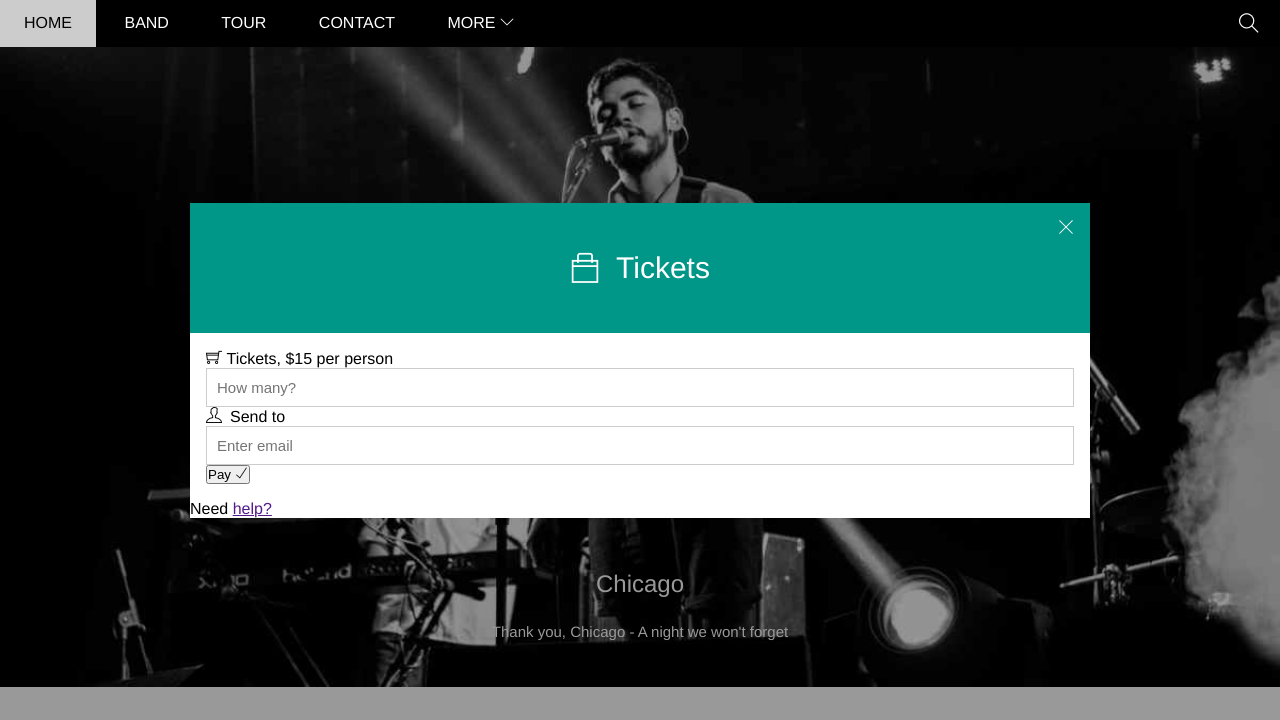
Repository: qhoa25623/The-Band
Page: index.html
These files come from the project's save history. The page is drawn as it stood at one moment and after a run of saves; the edit follows.
The browser window is 1280 px wide. The pictures show the window.
A layer covers the whole window, so only the first screen is drawn.

Above is the page before, as saved 2022-04-27 23:03:24.

### index.html
<!DOCTYPE html>
<html lang="en">
  <head>
    <meta charset="UTF-8" />
    <meta http-equiv="X-UA-Compatible" content="IE=edge" />
    <meta name="viewport" content="width=device-width, initial-scale=1.0" />
    <title>Document</title>
    <link rel="stylesheet" href="./assets/css/styles.css" />
    <link
      rel="stylesheet"
      href="./assets/fonts/themify-icons/themify-icons.css"
    />
  </head>
  <body>
    <div id="main">
      <div id="header">
        <ul id="nav">
          <li><a href="">Home</a></li>
          <li><a href="">Band</a></li>
          <li><a href="">Tour</a></li>
          <li><a href="">Contact</a></li>
          <li>
            <a href="">
              More
              <i class="nav-arrow-down ti-angle-down"></i>
            </a>
            <ul class="subnav">
              <li><a href="">Merchandise</a></li>
              <li><a href="">Extras</a></li>
              <li><a href="">Media</a></li>
            </ul>
          </li>
        </ul>
        <div class="search-btn">
          <i class="search-icon ti-search"></i>
        </div>
      </div>
      <div id="slider">
        <div class="text-content">
          <h2 class="text-heading">Chicago</h2>
          <div class="text-description">
            Thank you, Chicago - A night we won't forget
          </div>
        </div>
      </div>
      <div id="content">
        <!-- About section-->
        <div class="content-section">
          <h2 class="section-heading">THE BAND</h2>
          <p class="section-sub-heading">We love music</p>
          <p class="about-text">
            We have created a fictional band website. Lorem ipsum dolor sit
            amet, consectetur adipiscing elit, sed do eiusmod tempor incididunt
            ut labore et dolore magna aliqua. Ut enim ad minim veniam, quis
            nostrud exercitation ullamco laboris nisi ut aliquip ex ea commodo
            consequat. Duis aute irure dolor in reprehenderit in voluptate velit
            esse cillum dolore eu fugiat nulla pariatur. Excepteur sint occaecat
            cupidatat non proident, sunt in culpa qui officia deserunt mollit
            anim id est laborum consectetur adipiscing elit, sed do eiusmod
            tempor incididunt ut labore et dolore magna aliqua. Ut enim ad minim
            veniam, quis nostrud exercitation ullamco laboris nisi ut aliquip ex
            ea commodo consequat.
          </p>
          <div class="member-list">
            <div class="member-item">
              <p class="member-name">Name</p>
              <img
                src="./assets/img/band/member1.jpg"
                alt="Name"
                class="member-img"
              />
            </div>
            <div class="member-item">
              <p class="member-name">Name</p>
              <img
                src="./assets/img/band/member1.jpg"
                alt="Name"
                class="member-img"
              />
            </div>
            <div class="member-item">
              <p class="member-name">Name</p>
              <img
                src="./assets/img/band/member1.jpg"
                alt="Name"
                class="member-img"
              />
            </div>
            <div class="clear"></div>
          </div>
        </div>

        <!-- Tour section-->
        <div class="tour-section">
          <div class="content-section">
            <h2 class="section-heading text-white">TOUR DATES</h2>
            <p class="section-sub-heading text-white">
              Remember to book your tickets!
            </p>
            <ul class="tickets-list">
              <li>September <span class="sold-out">Sold out</span></li>
              <li>October <span class="sold-out">Sold out</span></li>
              <li>November <span class="quantity">3</span></li>
            </ul>
            <!-- Places-->
            <div class="places-list">
              <div class="place-item">
                <img
                  src="./assets/img/places/place1.jpg"
                  alt="New York"
                  class="place-img"
                />
                <div class="place-body">
                  <h3 class="place-heading">New York</h3>
                  <p class="place-time">Fri 27 Nov 2016</p>
                  <p class="place-desc">
                    Praesent tincidunt sed tellus ut rutrum sed vitae justo.
                  </p>
                  <a href="#" class="place-buy-btn">Buy Tickets</a>
                </div>
              </div>

              <div class="place-item">
                <img
                  src="./assets/img/places/place2.jpg"
                  alt="New York"
                  class="place-img"
                />
                <div class="place-body">
                  <h3 class="place-heading">Paris</h3>
                  <p class="place-time">Sat 28 Nov 2016</p>
                  <p class="place-desc">
                    Praesent tincidunt sed tellus ut rutrum sed vitae justo.
                  </p>
                  <a href="#" class="place-buy-btn">Buy Tickets</a>
                </div>
              </div>

              <div class="place-item">
                <img
                  src="./assets/img/places/place3.jpg"
                  alt="New York"
                  class="place-img"
                />
                <div class="place-body">
                  <h3 class="place-heading">San Francisco</h3>
                  <p class="place-time">Sun 29 Nov 2016</p>
                  <p class="place-desc">
                    Praesent tincidunt sed tellus ut rutrum sed vitae justo.
                  </p>
                  <a href="#" class="place-buy-btn">Buy Tickets</a>
                </div>
              </div>
              <div class="clear"></div>
            </div>
          </div>
        </div>

        <!-- Contact section-->
        <div class="content-section">
          <h2 class="section-heading">CONTACT</h2>
          <p class="section-sub-heading">Fan? Drop a note!</p>
        </div>
      </div>
      <div id="footer"></div>
    </div>
    <div class="modal">
      <div class="modal-container">
        <div class="modal-close">
          <i class="ti-close"></i>
        </div>
        <header class="modal-header">
          <i class="modal-heading-icon ti-bag"></i>
          Tickets
        </header>
        <div class="modal-body">
          <label for="" class="modal-label">
            <i class="ti-shopping-cart"></i>
            Tickets, $15 per person
          </label>
          <input type="text" class="modal-input" placeholder="How many?" />

          <label for="" class="modal-label">
            <i class="ti-user"> </i>
            Send to
          </label>
          <input type="text" class="modal-input" placeholder="Enter email" />

          <button id="buy-tickets">
            Pay
            <i class="ti-check"></i>
          </button>
        </div>
        <footer class="modal-footer">
          <p class="modal-help">Need <a href="">help?</a></p>
        </footer>
      </div>
    </div>
  </body>
</html>

### assets/css/styles.css
/* Reset CSS */
* {
  padding: 0;
  margin: 0;
  box-sizing: border-box;
}
html {
  font-family: Helvetica, Arial, sans-serif;
}
.clear {
  clear: both;
}
.text-white {
  color: #fff !important;
}
#main {
}
#header {
  position: fixed;
  top: 0;
  left: 0;
  right: 0;
  height: 46.5px;
  background-color: #000;
  z-index: 1;
}
#nav {
  display: inline-block;
}
#nav,
.subnav {
  list-style-type: none;
}
#nav > li {
  display: inline-block;
}
#nav li {
  position: relative;
}
#nav > li > a {
  color: #fff;
  text-transform: uppercase;
}
#nav li a {
  text-decoration: none;
  line-height: 46.5px;
  padding: 0 24px;
  display: block;
}
#nav li:hover .subnav {
  display: block;
}
#nav > li:hover > a,
#nav .subnav li:hover a {
  color: #000;
  background-color: #ccc;
}
#nav .subnav {
  min-width: 160px;
  top: 100%;
  left: 0;
  display: none;
  position: absolute;
  background-color: #fff;
  box-shadow: 0 0 10px rgba(0, 0, 0, 0.3);
}
#nav .subnav a {
  color: #000;
  padding: 0 16px;
  line-height: 38.5px;
}
#nav .nav-arrow-down {
  font-size: 14px;
}
#header .search-btn {
  float: right;
  padding: 0 21px;
}
#header .search-btn:hover {
  background-color: #f44336;
}
#header .search-icon {
  color: #fff;
  font-size: 20px;
  line-height: 46.5px;
}
#slider {
  position: relative;
  margin-top: 46.5px;
  padding-top: 50%;
  background: url("/assets/img/slider/slider1.jpg") top center / cover no-repeat;
}
#slider .text-content {
  position: absolute;
  bottom: 47px;
  color: #fff;
  left: 50%;
  transform: translateX(-50%);
  text-align: center;
}
#slider .text-heading {
  font-weight: 500;
  font-size: 24px;
}
#slider .text-description {
  font-size: 15px;
  margin-top: 25px;
}
#content {
}
#content .content-section {
  width: 800px;
  padding: 64px 0;
  margin-left: auto;
  margin-right: auto;
}
#content .section-heading {
  font-weight: 500;
  text-align: center;
  font-size: 30px;
  letter-spacing: 3px;
}
#content .section-sub-heading {
  text-align: center;
  font-size: 15px;
  margin-top: 25px;
  font-style: italic;
  opacity: 0.6;
}
#content .about-text {
  font-size: 15px;
  margin-top: 25px;
  text-align: justify;
  line-height: 1.4;
}
#content .member-list {
  margin-top: 47px;
}
#content .member-item {
  float: left;
  width: calc(100% / 3);
  text-align: center;
}
#content .member-name {
  font-size: 15px;
}
#content .member-img {
  margin-top: 15px;
  width: 154px;
  border-radius: 4px;
}

.tour-section {
  background: #000;
}
.tickets-list {
  background-color: #fff;
  list-style: none;
  margin-top: 40px;
}
.tickets-list li {
  color: rgb(117, 117, 117);
  font-size: 15px;
  padding: 11px 16px;
  border-bottom: 1px solid rgb(221, 221, 221);
}
.tickets-list .sold-out {
  color: #ffffff;
  background-color: #f44336;
  padding: 3px 4px;
  margin: 0 0 0 16px;
}
.tickets-list .quantity {
  float: right;
  width: 24px;
  height: 22.5px;
  background-color: #000;
  border-radius: 50%;
  text-align: center;
  color: #fff;
  line-height: 22.5px;
  margin-top: -3px;
}
.places-list {
  margin-top: 32px;
  margin-left: -8px;
  margin-right: -8px;
  padding-bottom: 48px;
}
.place-item {
  float: left;
  width: calc(100% / 3);
  padding: 0 8px;
}
.place-img {
  width: 100%;
  display: block;
}
.place-img:hover {
  opacity: 0.6;
}
.place-body {
  background-color: #fff;
  padding: 16px 16px;
  font-size: 15px;
}
.place-heading {
  font-size: 15px;
  font-weight: 550;
}
.place-time {
  margin-top: 15px;
  color: #757575;
}
.place-desc {
  margin-top: 15px;
  line-height: 1.4;
}
.place-buy-btn {
  color: #fff;
  background-color: #000;
  text-decoration: none;
  display: inline-block;
  margin-top: 15px;
  padding: 11px 16px;
}

.place-buy-btn:hover {
  color: #000;
  background-color: #ccc;
}
.modal {
  position: fixed;
  top: 0;
  right: 0;
  left: 0;
  bottom: 0;
  background: rgba(0, 0, 0, 0.4);
  display: flex;
  align-items: center;
  justify-content: center;
}
.modal-container {
  background: #fff;
  width: 900px;
  min-height: 200px;
  position: relative;
}

.modal-header {
  background: #009688;
  height: 130px;
  display: flex;
  align-items: center;
  justify-content: center;
  font-size: 30px;
  color: #fff;
}
.modal-heading-icon {
  margin-right: 16px;
}
.modal-close {
  position: absolute;
  right: 0;
  top: 0;
  color: #fff;
  padding:16px;
  cursor: pointer;
}
.modal-close:hover{
  color: #000;
  background-color: #ccc;
}
.modal-body{
  padding:16px;
}
.modal-label{
  display:block;
}
.modal-input{
  border:1px solid #ccc;
  width:100%;
  font-size:15px;
  padding:10px;
}

Loaded but not shown: assets/fonts/themify-icons/themify-icons.css (common file)

After the next 3 saves:
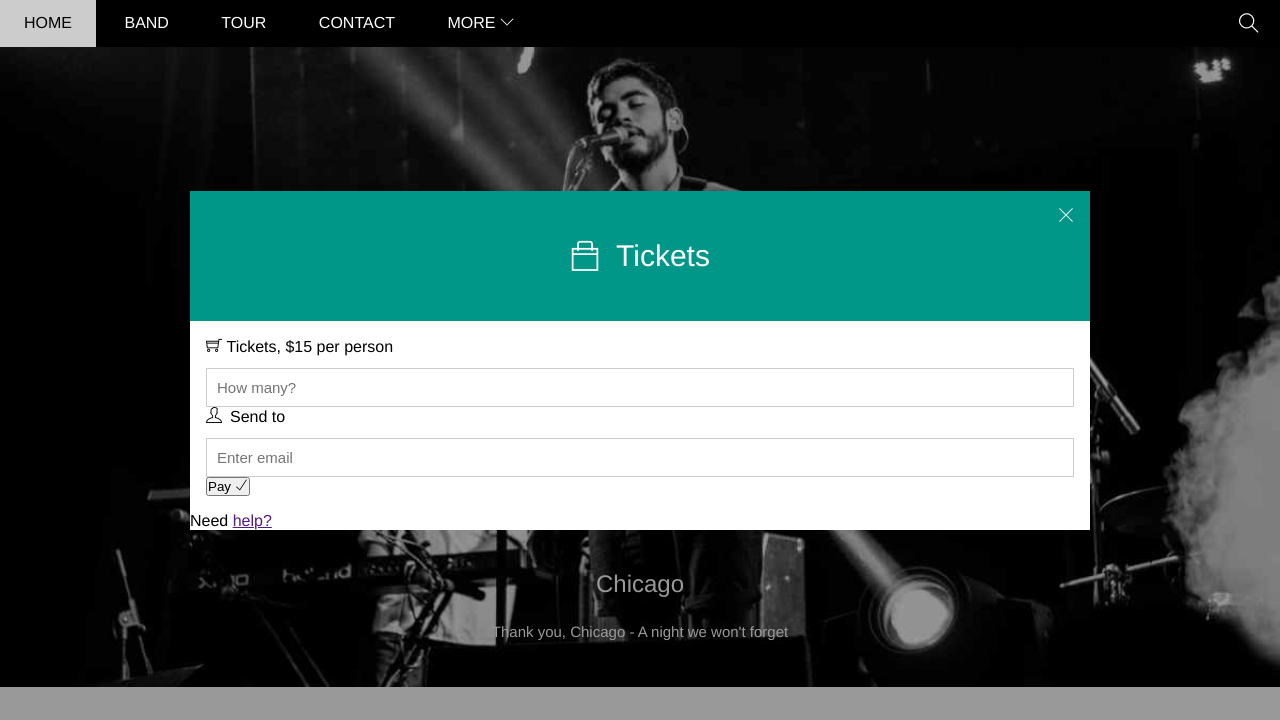
The 3 saves are shown as one change because they came seconds apart.
The last was saved 77 s later.
--- a/assets/css/styles.css
+++ b/assets/css/styles.css
@@ -276,6 +276,7 @@ html {
 }
 .modal-label{
   display:block;
+  margin-bottom:12px;
 }
 .modal-input{
   border:1px solid #ccc;
